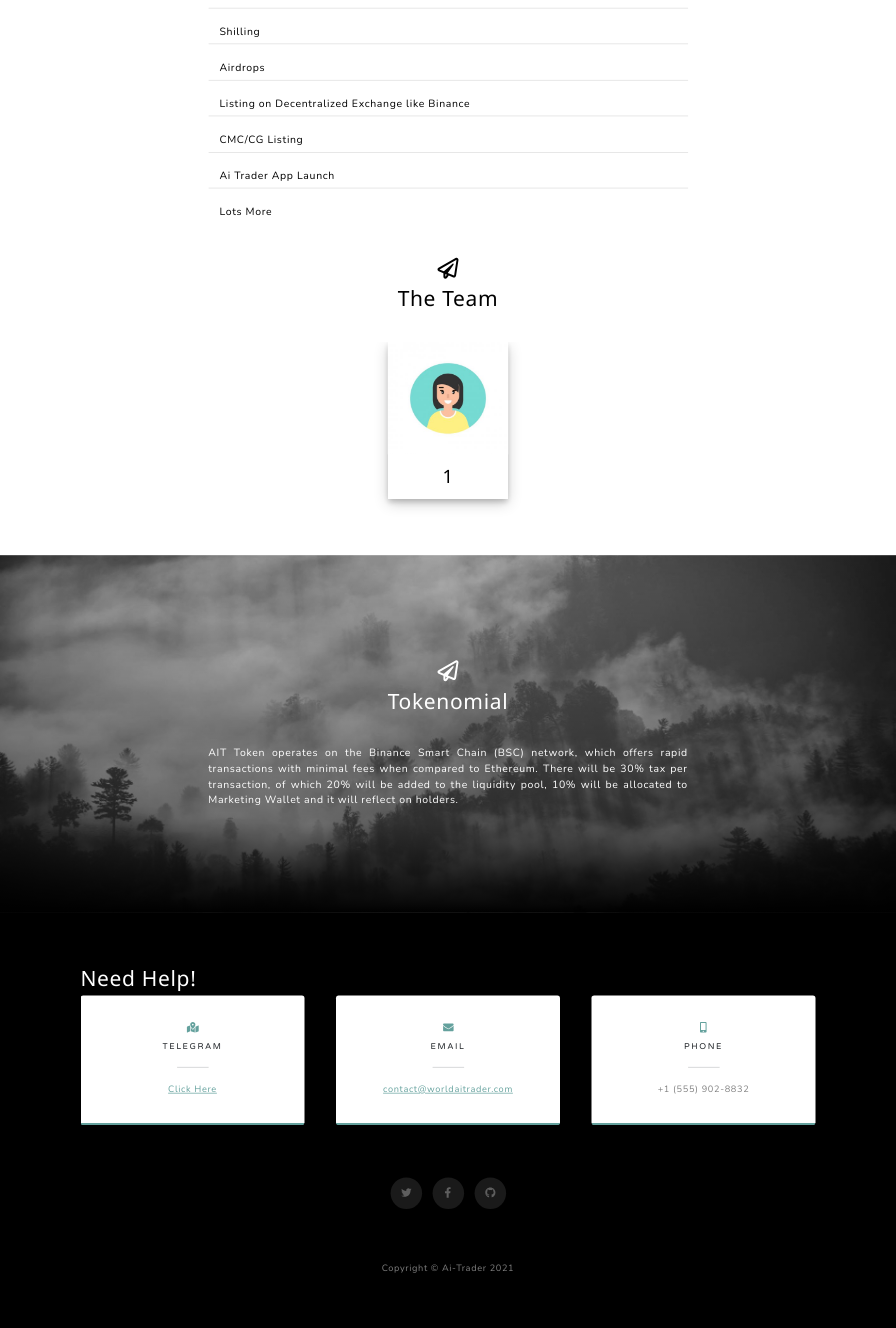
Repository: seyicoded/ico_one
Page: index.html
These files come from the project's save history. The page is drawn as it stood at one moment and after the next save; the edit follows.
The browser window is 1280 px wide. The pictures show the part of the page from y = 3343 to 5263 px (the page is 5240 px tall before and 5263 px after), at 70% of full size.

Above is the page before, as saved 2022-03-06 16:59:40.

After the next save:
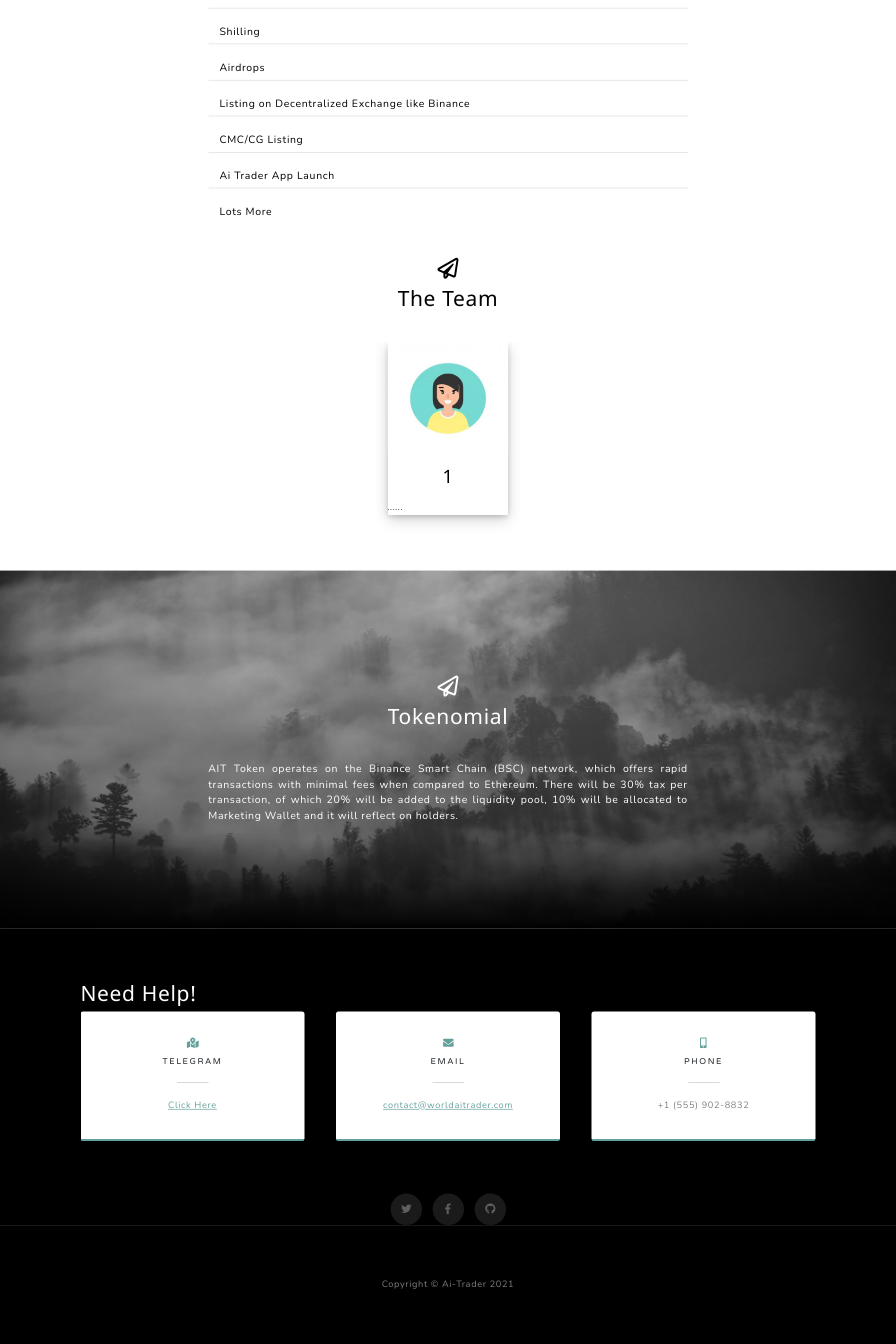
Saved 52 s later.
--- a/index.html
+++ b/index.html
@@ -211,6 +211,7 @@
                                 <div class="w3-card-4">
                                     <img src="assets//img/b2.jpg" width="100%" height="160" />
                                     <h3 class="w3-center">1</h3>
+                                    <small class="w3-small" style="font-style: italic;">......</small>
                                 </div>
 
                             </div>
